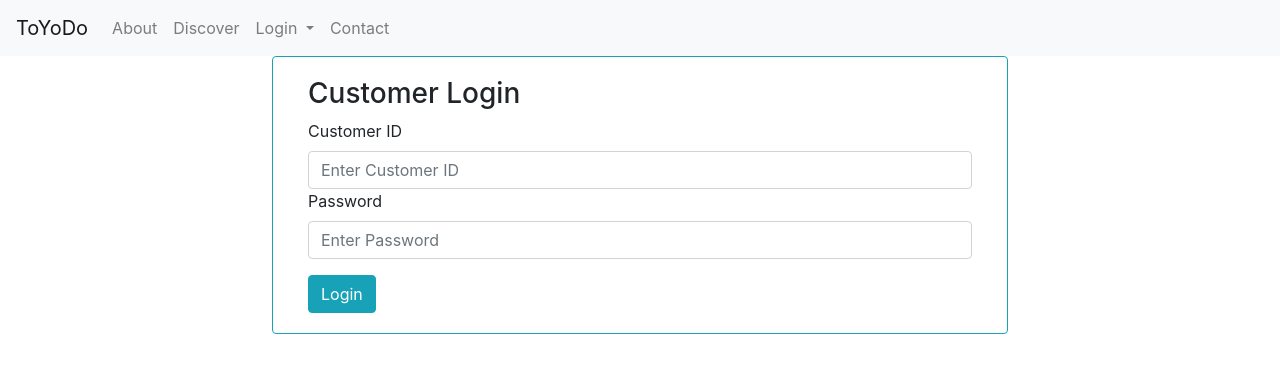
Repository: hrishibhattu/CodeFury-Internal-2
Page: http://localhost/ToYoDo/JSP/customerLogin.jsp
The author's editor kept a copy of each file at every save. The page is drawn from the files as they stood at one save, then again after the next save.
The browser window is 1280 px wide. The pictures show the whole page.
Some web libraries are served in a nearby version. The page is served by Tomcat 9.

Above is the page before, as saved 2021-09-17 22:52:26.

After the next save:
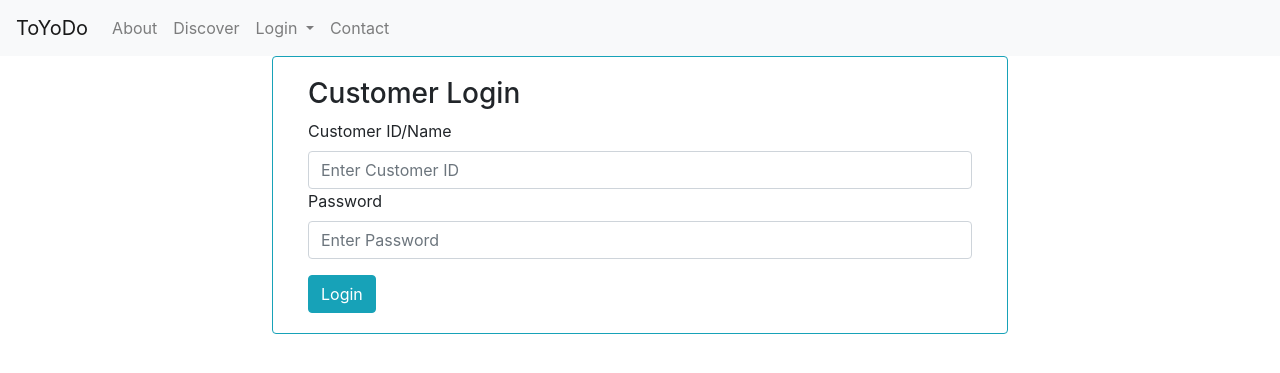
Saved 59 s later.
--- a/ToYoDo/WebContent/JSP/customerLogin.jsp
+++ b/ToYoDo/WebContent/JSP/customerLogin.jsp
@@ -56,8 +56,8 @@
 				onsubmit="return main()" action="/ToYoDo/CustomerLoginServlet">
 				<h3>Customer Login</h3>
 				<div class="form-group">
-					<label for="validUsername">Customer ID</label> <input type="text"
-						class="form-control" id="customerID" name="customerID"
+					<label for="validUsername">Customer ID/Name</label> <input type="text"
+						class="form-control" id="customerNameID" name="customerNameID"
 						placeholder="Enter Customer ID" aria-describedby="inputGroupPrepend"
 						required>
 					<div class="invalid-feedback">Customer ID is missing!</div>
